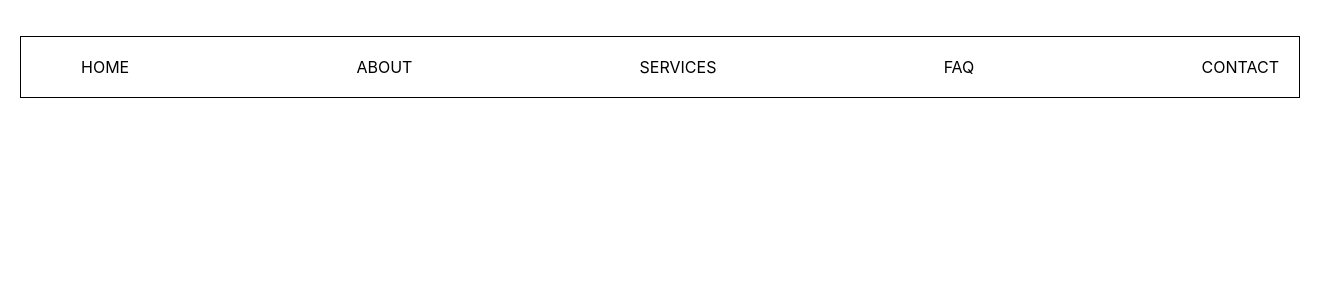
Repository: sriram1224/reactas1.github.io
Page: /
An editor plug-in stored every save of this project. The page is shown before and after the next save, followed by the edit.
The browser window is 1280 px wide. The page is 1320 px wide, so the pictures cover 1320 px, including what lies to the right of the window. The pictures show the whole page.
The project was rebuilt for these pictures with package versions that can differ from the ones it lists, and the page was loaded fresh each time.

Above is the page before, as saved 2024-03-05 06:48:36.

### src/App.js
import Nav from './Components/Nav';
import './App.css';

function App() {
  return (
    <div className="App">
     <Nav />
    </div>
  );
}

export default App;

### src/Components/Nav.js

import Navc from './Nav.css';
function Nav(){
    return (
        <nav className='Nav'>
            <ul>
                <li>HOME</li>
                <li>ABOUT</li>
                <li>SERVICES</li>
                <li>FAQ</li>
                <li>CONTACT</li>
            </ul>
        </nav>
    )
}
export default Nav;

### src/Components/Nav.css
.Nav{
    display: flex;
    justify-content: space-between;
    align-items: center;
    padding: 20px;
    width: 100%;
}
.Nav ul{
    display: flex;
    justify-content: space-between;
    align-items: center;
    list-style: none;
    gap: 20px;
    width: 97%;
    border: 1px solid #000;
}
.Nav ul li{
    padding: 20px;
}

Loaded but not shown: public/index.html (common file); src/index.js (common file); src/index.css (common file); src/reportWebVitals.js (common file); src/App.css (common file)

After the next save:
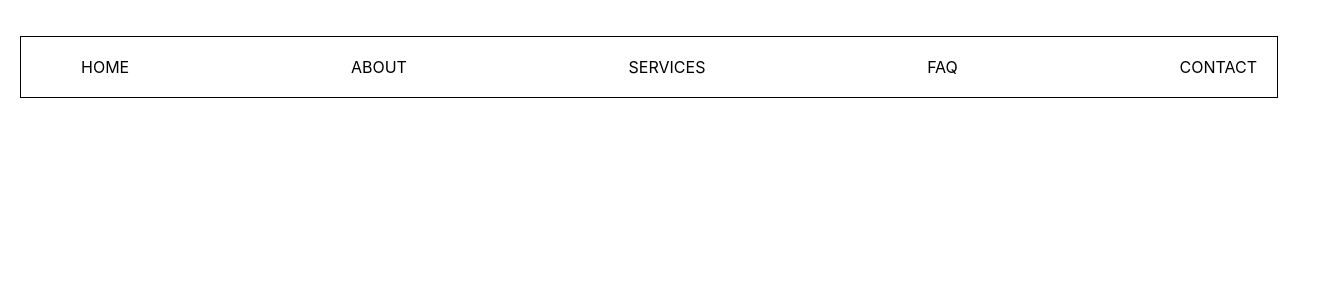
Saved 9 s later.
--- a/src/Components/Nav.css
+++ b/src/Components/Nav.css
@@ -11,7 +11,7 @@
     align-items: center;
     list-style: none;
     gap: 20px;
-    width: 97%;
+    width: 95%;
     border: 1px solid #000;
 }
 .Nav ul li{
